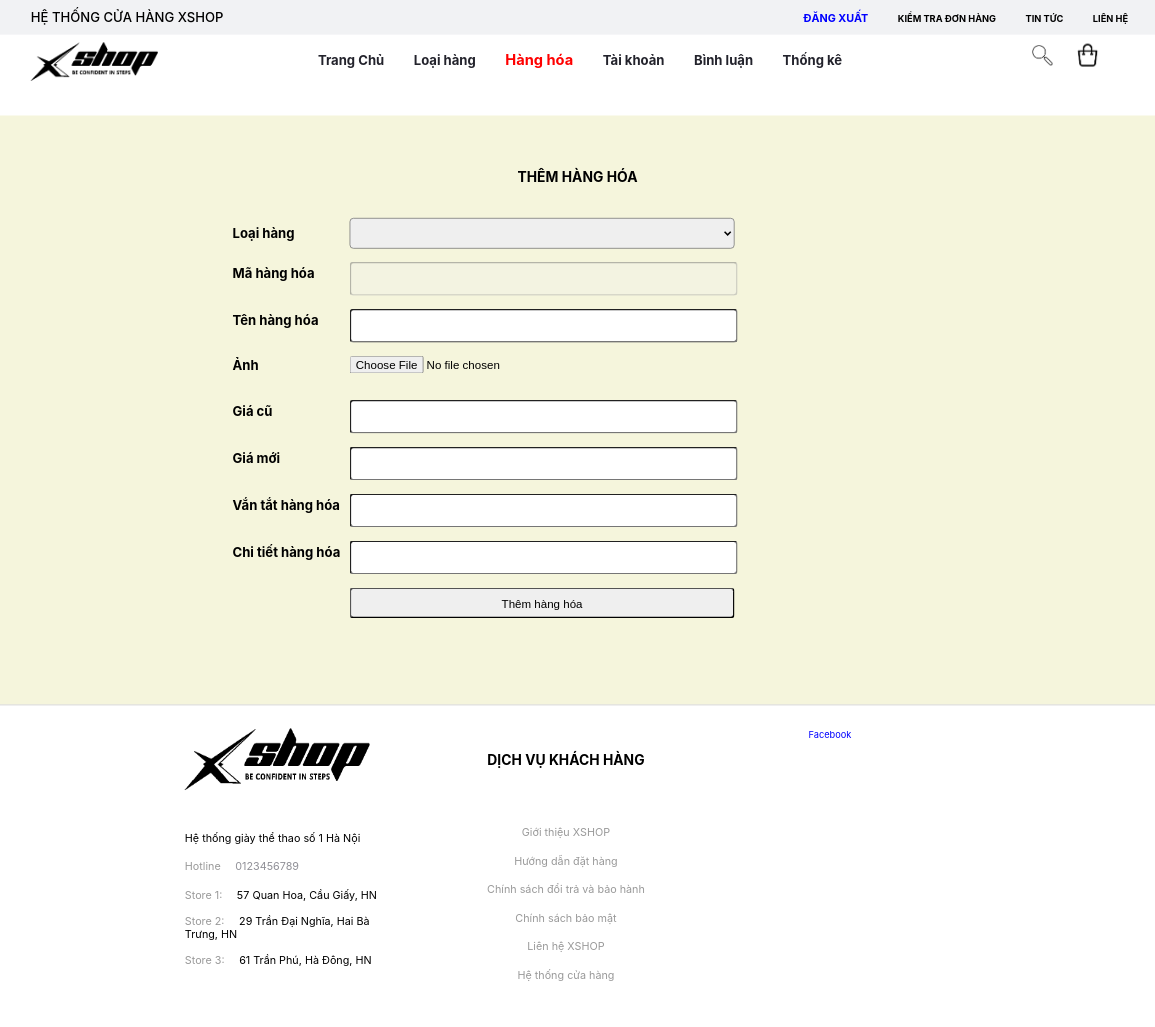
Repository: tienaq123/dam
Page: http://localhost/ass/ad/themsanpham.php
An editor plug-in stored every save of this project. The page is shown before and after the next save, followed by the edit.
The browser window is 1280 px wide. The page is 1500 px wide, so the pictures cover 1500 px, including what lies to the right of the window. The pictures show the whole page, at 77% of full size.
The page is run by PHP 8.4 with error messages shown; the project is at /var/www/html/. Queries for data that is not in the repository find no rows.

Above is the page before, as saved 2021-10-22 02:13:16.

After the next save:
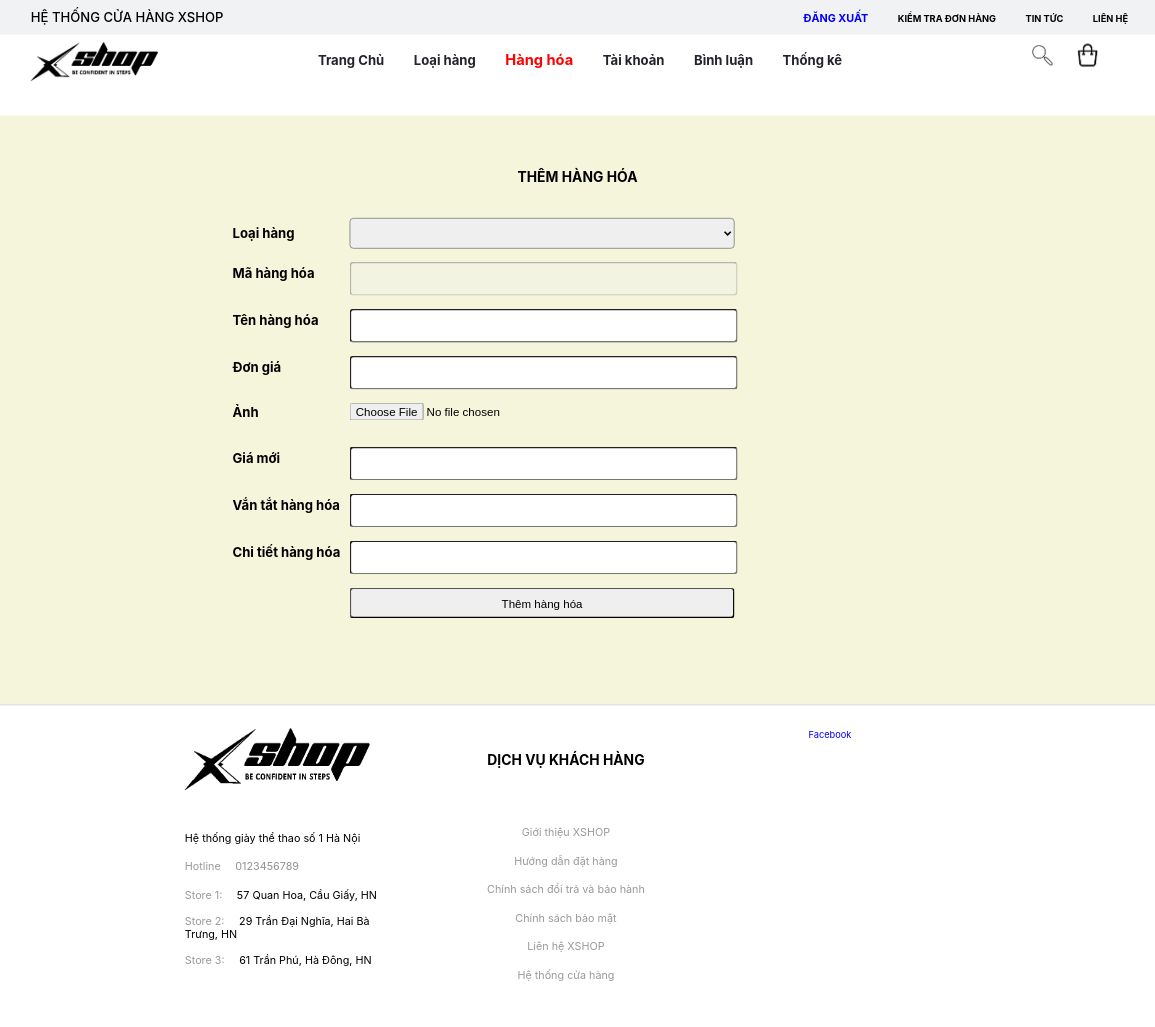
Saved 35 s later.
--- a/ad/themsanpham.php
+++ b/ad/themsanpham.php
@@ -81,14 +81,16 @@
                     </tr>
 
                     <tr>
+                        <td class="left">Đơn giá</td>
+                        <td class="right"><input type="text" name="giacu"> <br></td>
+                    </tr>
+
+                    <tr>
                         <td class="left">Ảnh</td>
                         <td class="right"><input type="file" name="anhsp"><br></td>
                     </tr>
 
-                    <tr>
-                        <td class="left">Giá cũ</td>
-                        <td class="right"><input type="text" name="giacu"> <br></td>
-                    </tr>
+
 
                     <tr>
                         <td class="left">Giá mới</td>
